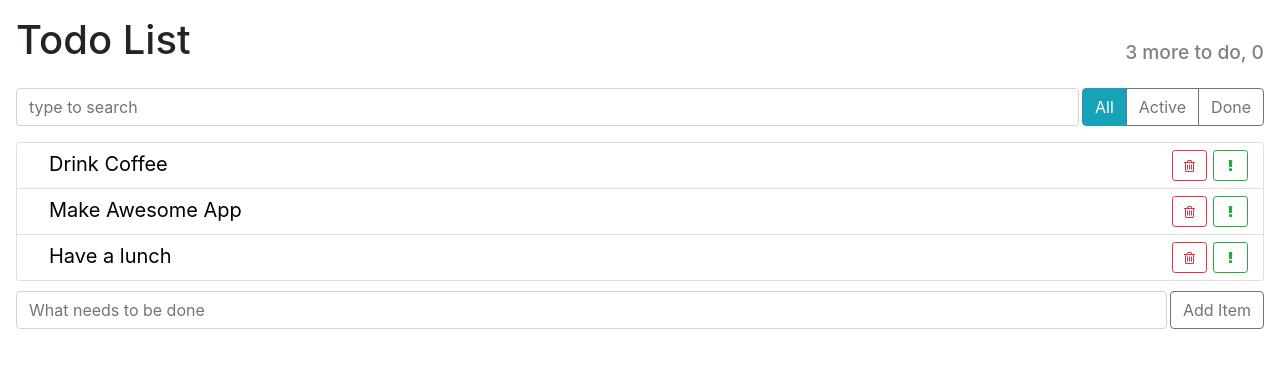
Repository: max535/react-todo-list
Page: /
An editor plug-in stored every save of this project. The page is shown before and after the next save, followed by the edit.
The browser window is 1280 px wide. The pictures show the whole page.
The project was rebuilt for these pictures with package versions that can differ from the ones it lists, and the page was loaded fresh each time.

Above is the page before, as saved 2022-01-22 20:00:02.

After the next save:
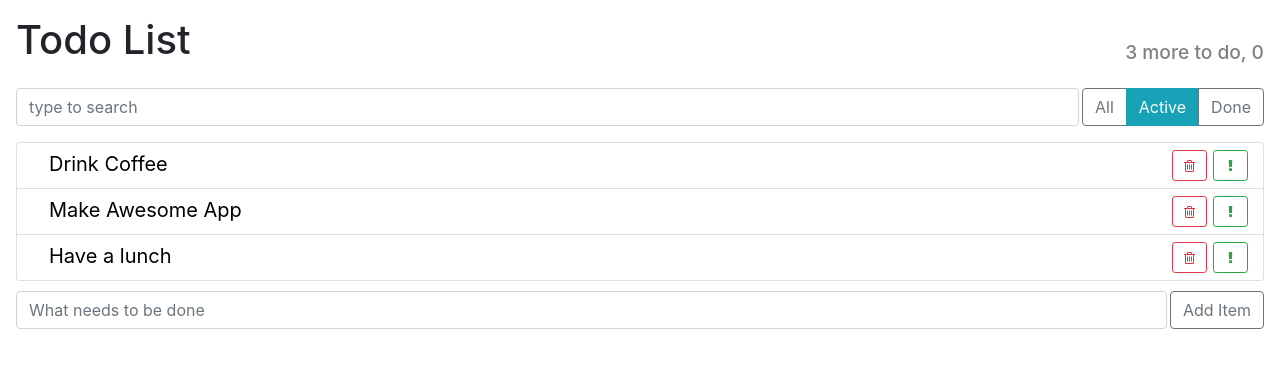
Saved 6 s later.
--- a/src/components/App/index.jsx
+++ b/src/components/App/index.jsx
@@ -18,7 +18,7 @@
             this.createTodoItem('Have a lunch'),
         ],
         term: '',
-        filter: 'all',
+        filter: 'active',
     };
 
     createTodoItem(label) {

After the save that followed:
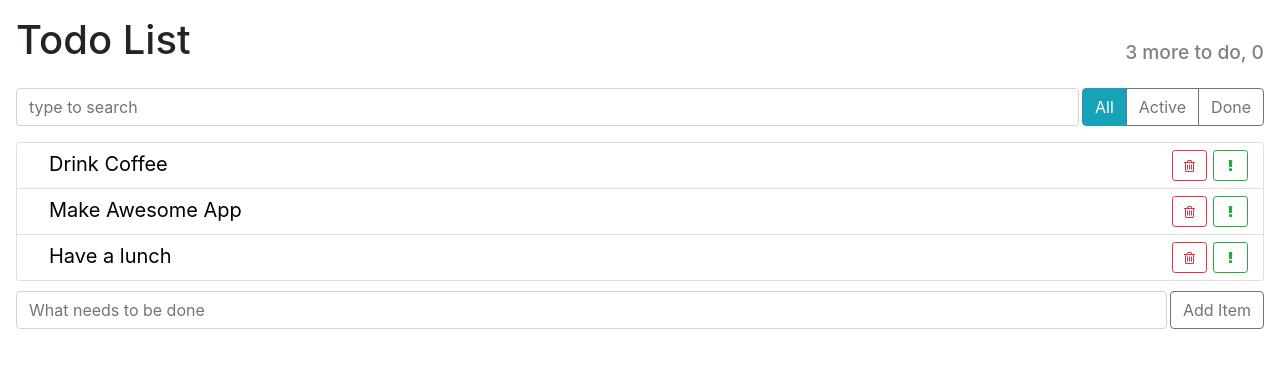
Saved 9 s later.
--- a/src/components/App/index.jsx
+++ b/src/components/App/index.jsx
@@ -18,7 +18,7 @@
             this.createTodoItem('Have a lunch'),
         ],
         term: '',
-        filter: 'active',
+        filter: 'all',
     };
 
     createTodoItem(label) {
